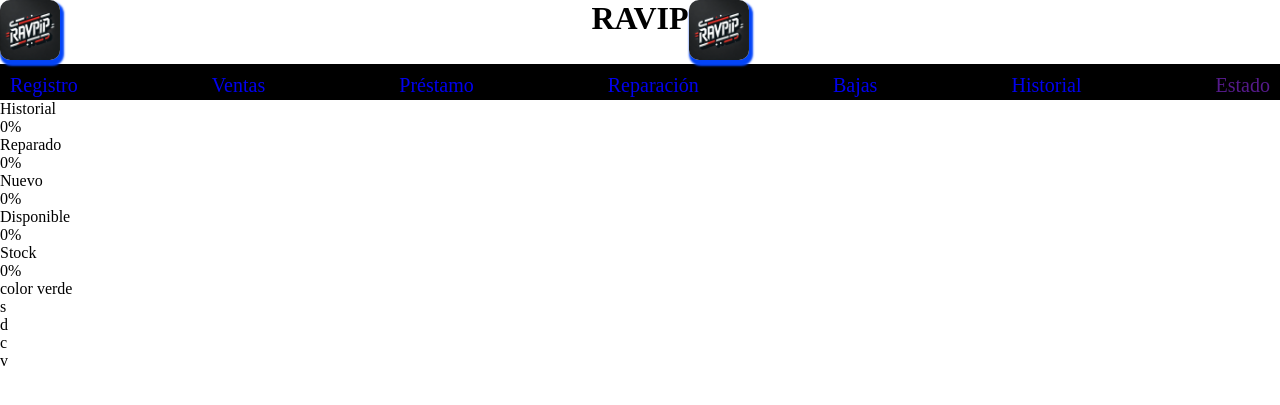
Repository: ye909/RAVPIP
Page: index.html
The author's editor kept a copy of each file at every save. The page is drawn from the files as they stood at one save, then again after the next save.
The browser window is 1280 px wide. The pictures show the whole page.

Above is the page before, as saved 2025-04-03 12:23:44.

### index.html
<!DOCTYPE html>
<html lang="es">
<head>
    <meta charset="UTF-8">
    <meta name="viewport" content="width=device-width, initial-scale=1.0">
    <title>Estado</title>
    <link rel="stylesheet" href="./src/css/heder.css">
</head>
<body>

    <div class="containerTituloLogo">
        <div><img src="./src/imagenes/logo2.webp" alt="Logo" class="imglogo"></div>
        <div><h1>RAVIP</h1></div>
        <div><img src="./src/imagenes/logo2.webp" alt="Logo" class="imglogo"></div>
    </div>



        <!--
       <div> </div>
        <div><img src="./src/imagenes/logo2.webp" alt="Logo" class="imglogo"></div> -->

    <nav>
        <ul>
            <li><a href="./src/templei/registroPortatil.html" target="_self" aria-label="Abrir Registro">Registro</a></li>
            <li><a href="./src/templei/ventasPortatil.html" target="_self" aria-label="Abrir Ventas">Ventas</a></li>
            <li><a href="./src/templei/prestamoPortatil.html" target="_self" aria-label="Abrir >Préstamo">Préstamo</a></li>
            <li><a href="./src/templei/reparacionPortatil.html" target="_self" aria-label="Abrir Reparación">Reparación</a></li>
            <li><a href="./src/templei/bajasPortatil.html" target="_self" aria-label="Abrir Bajas">Bajas</a></li>
            <li><a href="./src/templei/historial.html" target="_self" aria-label="Abrir Historial">Historial</a></li>
            <li><a href="" id="itemEstado"target="_self" aria-label="Abrir Estado">Estado</a></li>
        </ul>
    </nav>

    <div class="containerProgreso" id="containerProgreso">
        <div class="subcontainerProgreso"><p id="contadorProgreso1"><span class="tituloProceso">Historial</span> <br> 0%</p></div>
        <div class="subcontainerProgreso"><p id="contadorProgreso2"><span class="tituloProceso">Reparado</span> <br> 0%</p></div>
        <div class="subcontainerProgreso"><p id="contadorProgreso3"><span class="tituloProceso">Nuevo</span> <br> 0%</p></div>
        <div class="subcontainerProgreso"><p id="contadorProgreso4"><span class="tituloProceso">Disponible</span> <br> 0%</p></div>
        <div class="subcontainerProgreso"><p id="contadorProgreso5"><span class="tituloProceso">Stock</span> <br> 0%</p></div>
    </div>

    <div>
        <aside>
<div>color verde</div>
<div>s</div>
<div>d</div>
<div>c</div>
<div></div>
<div>v</div>
        </aside>
    </div>
    <script src="./src/js/heder.js"></script>
</body>
</html>

### src/css/heder.css
*{
  margin: 0;
  padding: 0;
  background-attachment: fixed;
  background-size: cover;
}
.containerTituloLogo {
  display: flex;

  justify-content: space-between;
}
.containerTituloLogo h1 {
  font-size: clamp(2rem, 6vw ,2rem );
  text-align: center;
  flex-grow: 1;

}
.containerTituloLogo img{
width: min(60px, 100%);
border-radius:10px ;
box-shadow: 2px 4px 2px 2px rgb(3, 68, 247);
}
nav{
  background:black;
  height: 5vh;

}
ul{
  display: flex;
  justify-content: space-between;
  text-align: center;
  font-size: 20px;
  padding: 10px;
  color:white;

  list-style: none;
}
li:hover{
  background:rgb(3, 151, 3);

}
 a{
  text-decoration: none;
}
/*


header {
    background-color: #f8f9fa;
    padding: 5px;
    border-bottom: 1px solid #dddddd;
    display: flex;
    flex-direction: column;
    align-items: center;
    gap: 10px;
}


.containerTituloLogo,.containerProgreso{
    display: flex;
    justify-content: center;
    align-items: center;
    gap: 20px;
    flex-wrap: wrap;
    width: 100%;
    padding: 20px;
}
.imglogo {
    object-fit: cover;
    width: 70px;
    height: auto;
    flex-shrink: 0;
    border-radius: 6px;
}

nav ul {
    display: flex;
    justify-content: center;
    gap: 15px;
    list-style: none;
    padding: 0;
    margin: 0;
    flex-wrap: wrap;
}

nav ul li {

    padding: 5px 10px;
    cursor: pointer;
}
a{
    text-decoration: none;
}
a:hover{
    border-bottom:black 2px solid;
}
.containerProgreso{


    display: none;
}

 .containerProgreso p {
    text-align: center;
    font-size: clamp(0.7rem, 7vw ,0.7rem );
    font-weight: bolder;
}

 .subcontainerProgreso{
    width: 4%;
    height: 7vh;
    background: rgb(254, 251, 251);
    padding: 10px;
    border-radius: 80px;
 box-shadow: 1px 1px 1px 1px black;
    border-top: 2px solid #0817f5;
    border-left: 2px solid #1bf806;
} */
<<<<<<< HEAD

  /* Estilo general
  body {
    font-family: 'Arial', sans-serif;
    background-color: #f4f4f4;
    color: #333;
  }

  Estilo de la cabecera
  header {
    background-color: #333;
    color: white;
    padding: 20px 0;
    display: flex;
    justify-content: space-between;
    align-items: center;
    padding: 10px 20px;
  }

  header .logo h1 {
    font-size: 30px;
  }

  header nav ul {
    list-style: none;
    display: flex;
    gap: 20px;
  }

  header nav ul li a {
    text-decoration: none;
    color: white;
    font-weight: bold;
  }

  Estilo de la sección de tarjetas
  .product-cards {
    padding: 50px 20px;
    text-align: center;
    background-color: #fff;
  }

  .product-cards h2 {
    margin-bottom: 30px;
    font-size: 28px;
  }

  .cards-container {
    display: grid;
    grid-template-columns: repeat(auto-fill, minmax(250px, 1fr));
    gap: 20px;
    justify-items: center;
  }

  .card {
    background-color: #fff;
    border-radius: 10px;
    box-shadow: 0 2px 10px rgba(0, 0, 0, 0.1);
    overflow: hidden;
    width: 300px;
    text-align: center;
    padding: 20px;
  }

  .card img {
    width: 100%;
    height: auto;
    border-radius: 10px;
  }

  .card h3 {
    margin: 15px 0;
    font-size: 22px;
  }

  .card p {
    font-size: 16px;
    margin-bottom: 20px;
  }

  .card button {
    background-color: #333;
    color: white;
    border: none;
    padding: 10px 20px;
    font-size: 16px;
    cursor: pointer;
    border-radius: 5px;
  }

  .card button:hover {
    background-color: #555;
  }

  /* Estilo de pie de página
  footer {
    background-color: #333;
    color: white;
    padding: 20px;
    text-align: center;
  }



.card img{
  object-fit: cover;
  width: min(100px,80%);
}
footer{
    display: flex;

}
.footer-content p {
    font-size: clamp(0.5m, 1vw, 0.6rem);
  }
=======

>>>>>>> alexcasa

### src/js/heder.js




// const itemEstado=document.getElementById('itemEstado');
// const containerProgreso=document.getElementById('containerProgreso');


// itemEstado.addEventListener('click',(e)=>{
//     e.preventDefault();
//     containerProgreso.style.display='inline';
//     containerProgreso.style.display='flex';
// });


// // Si deseas agregar una funcionalidad adicional como redirigir al usuario al hacer clic en los botones, puedes usar este código.

// const buttons = document.querySelectorAll('.card button');

// buttons.forEach(button => {
//   button.addEventListener('click', () => {
//     alert('Serás redirigido a la página del producto.');
//     // Aquí puedes redirigir al usuario a la página del producto
//     // window.location.href = 'producto.html'; // Por ejemplo
//   });
// });

After the next save:
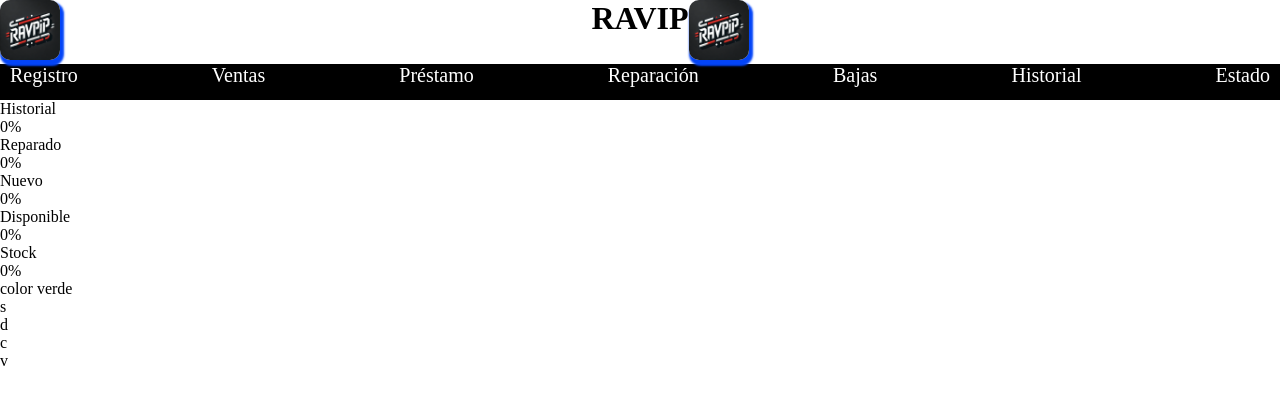
Saved 18 s later.
--- a/src/css/heder.css
+++ b/src/css/heder.css
@@ -29,18 +29,19 @@
   display: flex;
   justify-content: space-between;
   text-align: center;
+
+
+  list-style: none;
+}
+li:hover{
+  background:rgb(3, 151, 3);
+
+}
+ a{
+  text-decoration: none;
   font-size: 20px;
   padding: 10px;
   color:white;
-
-  list-style: none;
-}
-li:hover{
-  background:rgb(3, 151, 3);
-
-}
- a{
-  text-decoration: none;
 }
 /*
 
